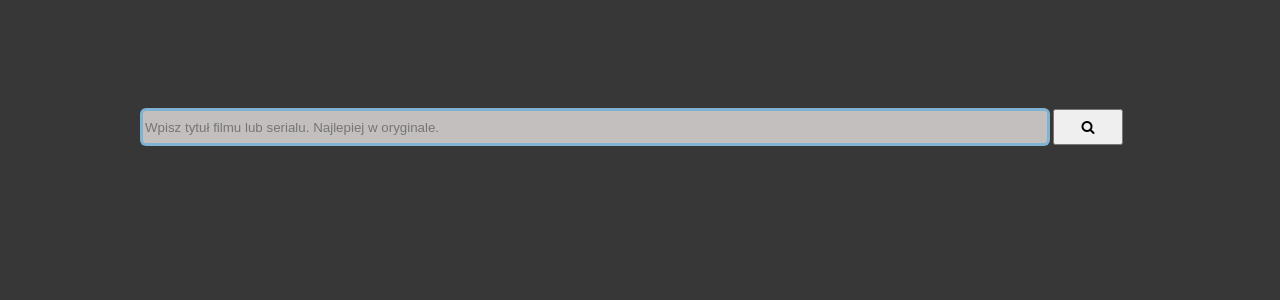
Repository: kq333/wyszukiarka-filmowa
Page: index.html
An editor plug-in stored every save of this project. The page is shown before and after the next save, followed by the edit.
The browser window is 1280 px wide. The pictures show the whole page.
The style sheet was rebuilt from its Sass, Less or Tailwind sources for each picture, by a compiler version that may differ from the author's.

Above is the page before, as saved 2021-01-21 00:21:58.

After the next save:
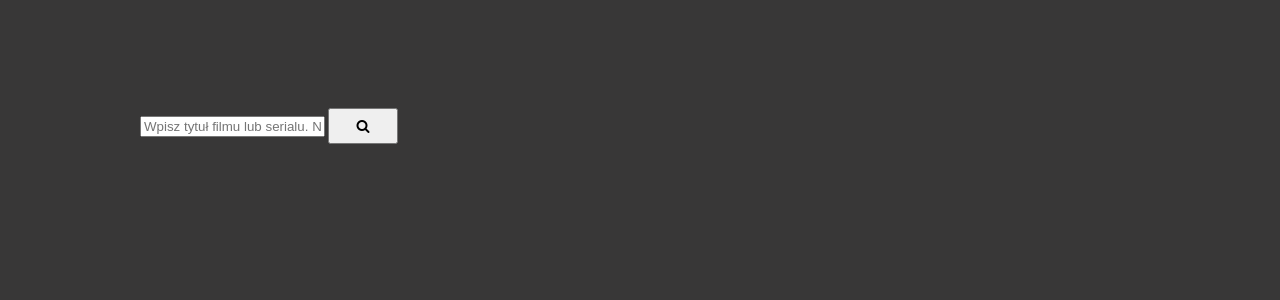
Saved 4 min 31 s later.
--- a/style/style.scss
+++ b/style/style.scss
@@ -51,7 +51,7 @@
 
 
 
-    #search{
+    #search:required:valid{
         width: 90%;
         height: 30px;
         border-radius: 6px;

After the save that followed:
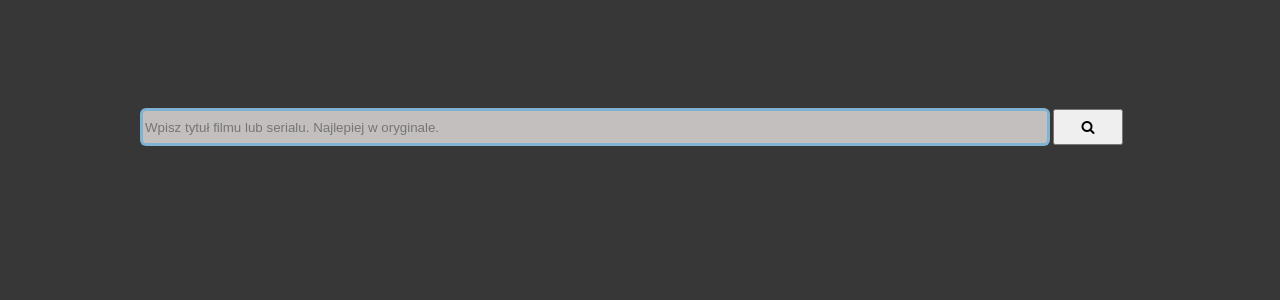
Saved 18 s later.
--- a/style/style.scss
+++ b/style/style.scss
@@ -51,7 +51,7 @@
 
 
 
-    #search:required:valid{
+    #search{
         width: 90%;
         height: 30px;
         border-radius: 6px;
